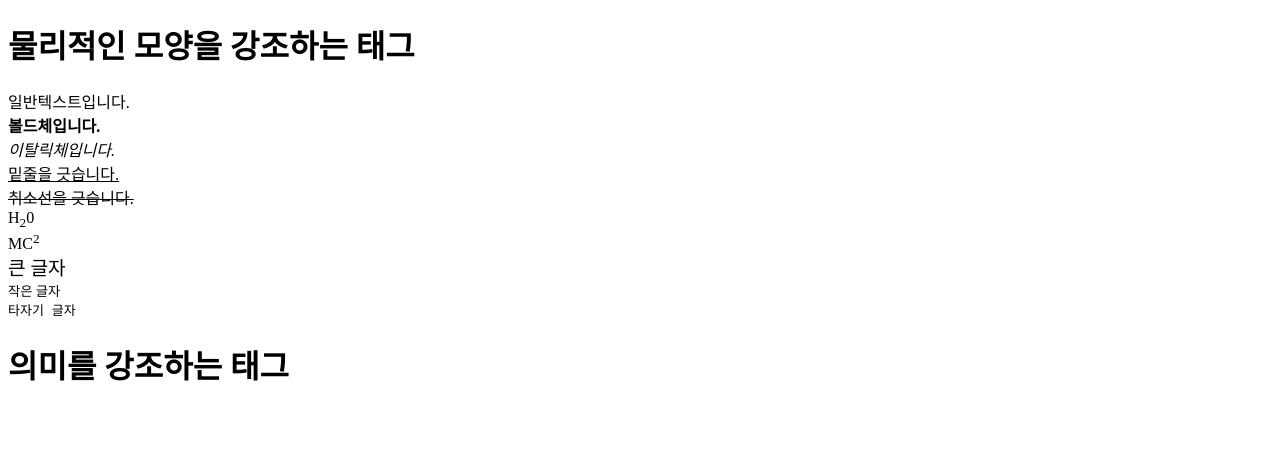
Repository: zzzzzzin/Client
Page: ClientTest/src/main/webapp/html/ex10_style.html
The author's editor kept a copy of each file at every save. The page is drawn from the files as they stood at one save, then again after the next save.
The browser window is 1280 px wide. The pictures show the whole page.

Above is the page before, as saved 2024-03-13 01:15:24.

### ClientTest/src/main/webapp/html/ex10_style.html
<!DOCTYPE html>
<html>
<head>
<meta charset="EUC-KR">
<title>ex10_style</title>
</head>
<body>
	<h1>물리적인 모양을 강조하는 태그</h1>
	일반텍스트입니다.<br>
	<b>볼드체입니다.</b><br>
	<i>이탈릭체입니다.</i><br>
	<u>밑줄을 긋습니다.</u><br>
	<strike>취소선을 긋습니다.</strike><br>
	H<sub>2</sub>0<br><!-- 밑첨자 -->
	MC<sup>2</sup><br><!-- 윗첨자 -->
	<big>큰 글자</big><br>
	<small>작은 글자</small><br>
	<tt>타자기 글자</tt><br>


	<h1>의미를 강조하는 태그</h1>

</body>
</html>

After the next save:
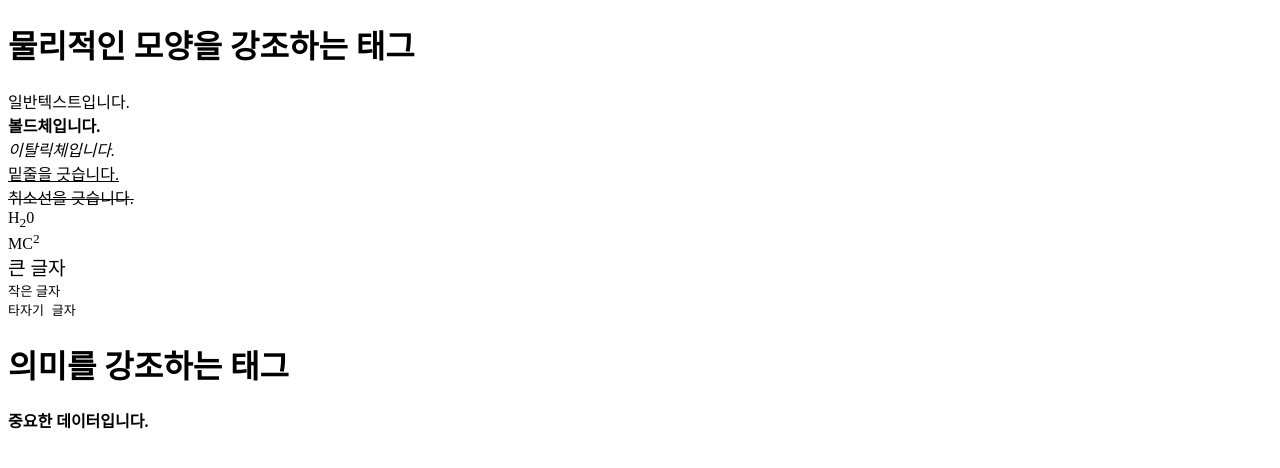
Saved 84 s later.
--- a/ClientTest/src/main/webapp/html/ex10_style.html
+++ b/ClientTest/src/main/webapp/html/ex10_style.html
@@ -19,6 +19,7 @@
 
 
 	<h1>의미를 강조하는 태그</h1>
+	<strong>중요한 데이터입니다.</strong>
 
 </body>
 </html>
